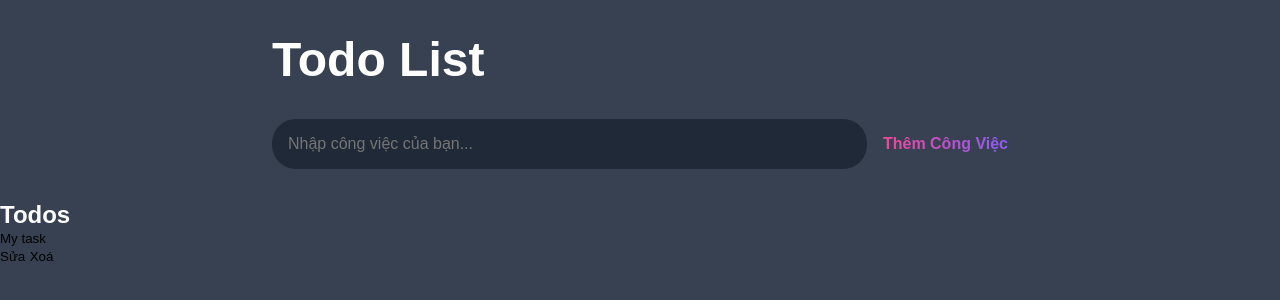
Repository: ntheanh/Todo-List
Page: index.html
These files come from the project's save history. The page is drawn as it stood at one moment and after the next save; the edit follows.
The browser window is 1280 px wide. The pictures show the whole page.
The style sheet was rebuilt from its Sass, Less or Tailwind sources for each picture, by a compiler version that may differ from the author's.

Above is the page before, as saved 2023-03-15 22:46:50.

### index.html
<!DOCTYPE html>
<html lang="en">
  <head>
    <meta charset="UTF-8" />
    <meta http-equiv="X-UA-Compatible" content="IE=edge" />
    <meta name="viewport" content="width=device-width, initial-scale=1.0" />
    <title>My Todo List</title>
    <link rel="stylesheet" href="style.css" />
  </head>
  <body>
    <header>
      <h1>Todo List</h1>
      <form action="" id="new-todo-form">
        <input
          id="new-todo-input"
          type="text"
          name="todo"
          placeholder="Nhập công việc của bạn... "
        />
        <input id="new-todo-submit" type="submit" value="Thêm Công Việc" />
      </form>
    </header>
    <main>
      <section class="task-list">
        <h2>Todos</h2>
        <div id="tasks">
          <div class="task">
            <div class="content">
              <input
                type="text"
                class="content_input"
                value="My task"
                readonly
              />
            </div>
            <div class="actons">
              <button class="edit">Sửa</button>
              <button class="delete">Xoá</button>
            </div>
          </div>
        </div>
      </section>
    </main>

    <script src="app.js"></script>
  </body>
</html>

### style.scss
:root {
  --dark: #374151;
  --darker: #1f2937;
  --darkest: #111827;
  --gray: #6b7280;
  --light: #eee;
  --pink: #ec4899;
  --purple: #8b5cf6;
}

* {
  margin: 0;
  padding: 0;
  box-sizing: border-box;
  font-family: "Poppins", sans-serif;
}

body {
  display: flex;
  flex-direction: column;
  min-height: 100vh;
  background: var(--dark);
  color: #fff;
}

header {
  padding: 2rem;
  width: 100%;
  max-width: 800px;
  margin: 0 auto;
  h1 {
    font-size: 3rem;
    font-weight: 600;
    margin-bottom: 2rem;
  }
}
#new-todo-form {
  display: flex;
}

input,
button {
  appearance: none;
  border: none;
  outline: none;
  background: none;
}

#new-todo-input {
  flex: 1 1 0%;
  background: var(--darker);
  padding: 1rem;
  border-radius: 1.5rem;
  margin-right: 1rem;
  color: var(--light);
  font-size: 1rem;
}
#new-todo-submit {
  color: var(--pink);
  font-size: 1rem;
  font-weight: 700;
  background: linear-gradient(to right, var(--pink), var(--purple));
  -webkit-background-clip: text;
  -webkit-text-fill-color: transparent;
  transition: 0.4s;
  &:hover {
    opacity: 0.8;
  }
  &:active {
    opacity: 0.6;
  }
}

Loaded but not shown: app.js (no stored copy; drawn as an empty file)

After the next save:
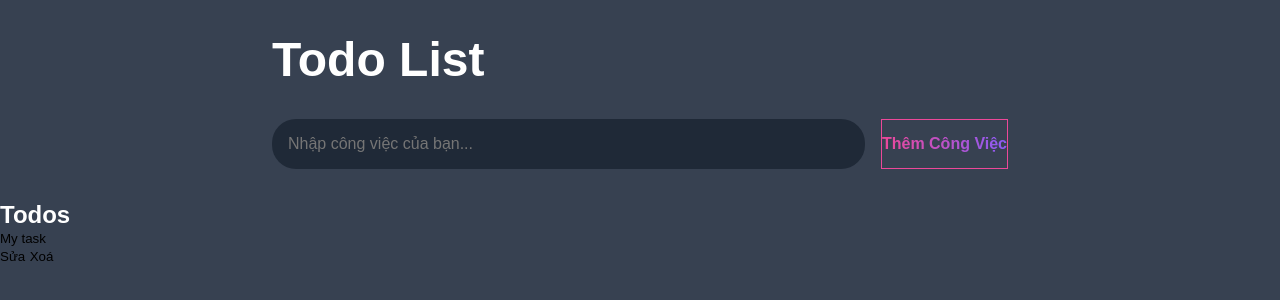
Saved 28 s later.
--- a/style.scss
+++ b/style.scss
@@ -69,4 +69,5 @@
   &:active {
     opacity: 0.6;
   }
+  border: 1px solid var(--pink);
 }

After the save that followed:
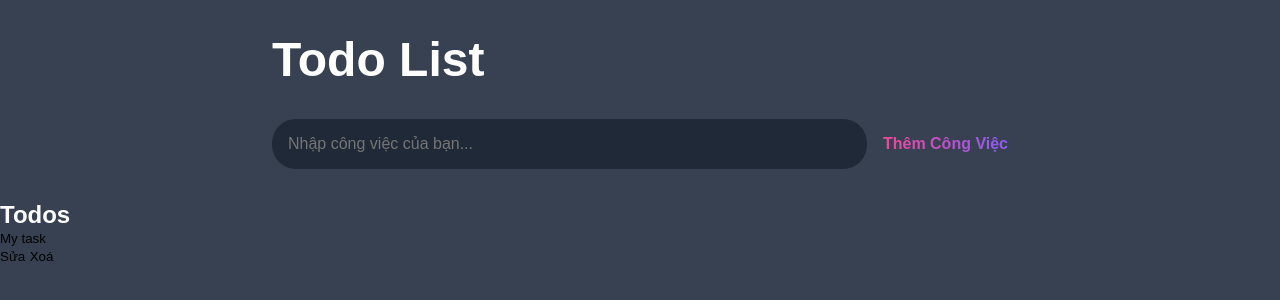
Saved 16 s later.
--- a/style.scss
+++ b/style.scss
@@ -69,5 +69,5 @@
   &:active {
     opacity: 0.6;
   }
-  border: 1px solid var(--pink);
+  border: 1px solid linear-gradient(to right, var(--pink), var(--purple));
 }
